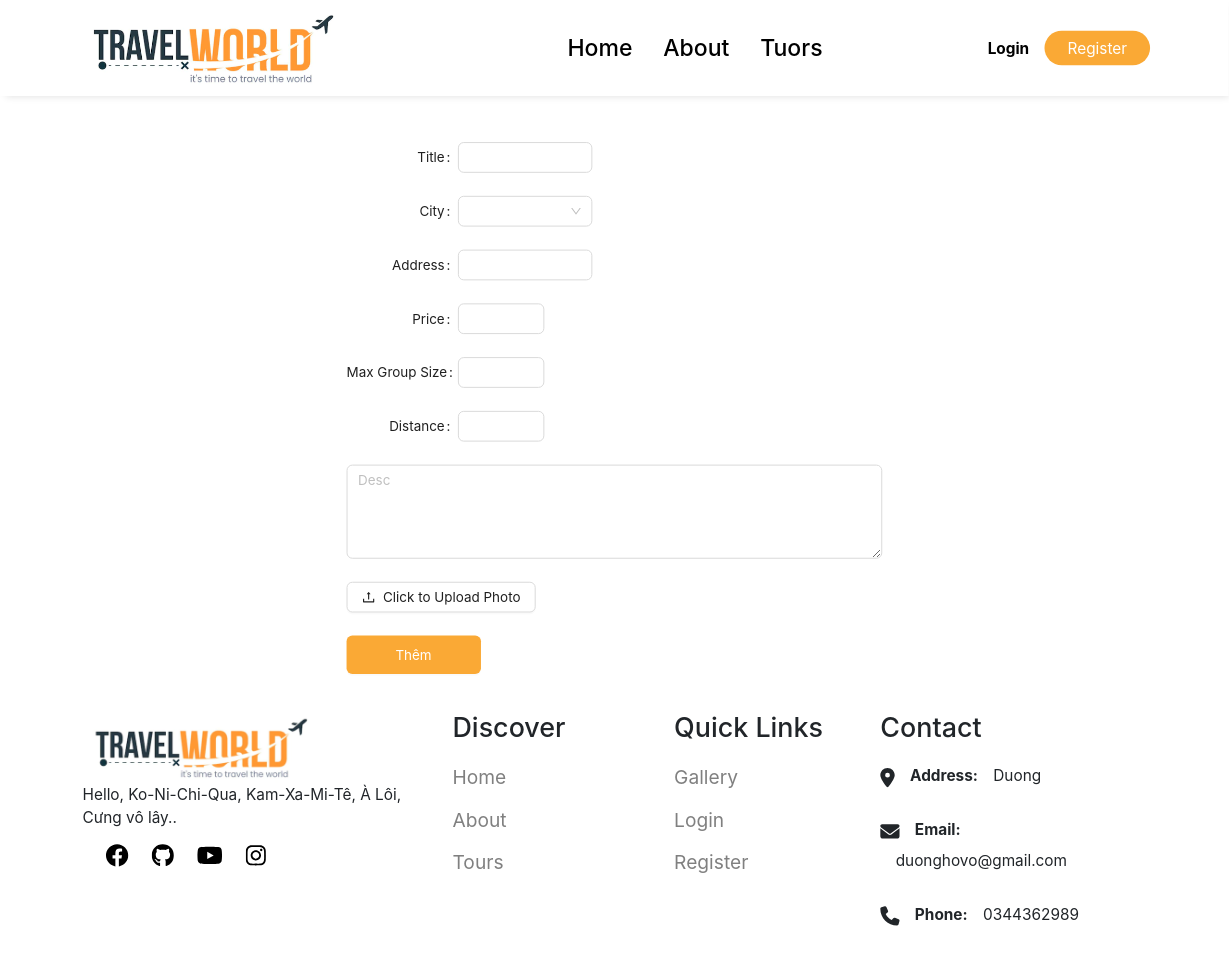
Repository: NguyenHuu001/dulich
Page: /addTour
An editor plug-in stored every save of this project. The page is shown before and after the next save, followed by the edit.
The browser window is 1280 px wide. The pictures show the whole page, at 96% of full size.
The project was rebuilt for these pictures with package versions that can differ from the ones it lists, and the page was loaded fresh each time. Also part of the build but not shown: src/pages/Home/data.js, src/pages/Home/index.js, src/pages/About/index.js, src/pages/Tours/ChiTietTour.js, src/pages/Tours/index.js, src/pages/Login/index.js, src/pages/Register/index.js, src/pages/Cart/index.js and 1 more. Imported but missing from the stored project, and not drawn on this page: src/assets/audio/video1.mp4.

Above is the page before, as saved 2023-08-14 20:16:38.

### public/index.html
<!DOCTYPE html>
<html lang="en">
    <head>
        <meta charset="utf-8" />
        <link rel="icon" href="%PUBLIC_URL%/favicon.ico" />
        <link href="https://cdn.jsdelivr.net/npm/bootstrap@5.3.0/dist/css/bootstrap.min.css" rel="stylesheet" />
        <script src="https://cdn.jsdelivr.net/npm/bootstrap@5.3.0/dist/js/bootstrap.bundle.min.js"></script>
        <meta name="viewport" content="width=device-width, initial-scale=1" />
        <meta name="theme-color" content="#000000" />
        <meta name="description" content="Web site created using create-react-app" />
        <link rel="apple-touch-icon" href="%PUBLIC_URL%/logo192.png" />
        <!--
      manifest.json provides metadata used when your web app is installed on a
      user's mobile device or desktop. See https://developers.google.com/web/fundamentals/web-app-manifest/
    -->
        <link rel="manifest" href="%PUBLIC_URL%/manifest.json" />
        <!--
      Notice the use of %PUBLIC_URL% in the tags above.
      It will be replaced with the URL of the `public` folder during the build.
      Only files inside the `public` folder can be referenced from the HTML.

      Unlike "/favicon.ico" or "favicon.ico", "%PUBLIC_URL%/favicon.ico" will
      work correctly both with client-side routing and a non-root public URL.
      Learn how to configure a non-root public URL by running `npm run build`.
    -->
        <title>React App</title>
    </head>
    <body>
        <noscript>You need to enable JavaScript to run this app.</noscript>
        <div id="root"></div>
        <!--
      This HTML file is a template.
      If you open it directly in the browser, you will see an empty page.

      You can add webfonts, meta tags, or analytics to this file.
      The build step will place the bundled scripts into the <body> tag.

      To begin the development, run `npm start` or `yarn start`.
      To create a production bundle, use `npm run build` or `yarn build`.
    --></body>
</html>

### src/index.js
import React from 'react';
import ReactDOM from 'react-dom/client';
import '../src/styles/global.scss';
import App from './App';
import reportWebVitals from './reportWebVitals';

const root = ReactDOM.createRoot(document.getElementById('root'));
root.render(
  <React.StrictMode>
    <App />
  </React.StrictMode>
);

// If you want to start measuring performance in your app, pass a function
// to log results (for example: reportWebVitals(console.log))
// or send to an analytics endpoint. Learn more: https://bit.ly/CRA-vitals
reportWebVitals();

### src/styles/global.scss
body {
    margin: 0;
    font-family: -apple-system, BlinkMacSystemFont, 'Segoe UI', 'Roboto', 'Oxygen', 'Ubuntu', 'Cantarell', 'Fira Sans',
        'Droid Sans', 'Helvetica Neue', sans-serif;
    -webkit-font-smoothing: antialiased;
    -moz-osx-font-smoothing: grayscale;
}

code {
    font-family: source-code-pro, Menlo, Monaco, Consolas, 'Courier New', monospace;
}
*,
*:before,
*:after {
    box-sizing: border-box;
}
* {
    margin: 0;
    padding: 0;
    font: inherit;
}
img,
picture,
svg,
video {
    display: block;
    max-width: 100%;
}
input,
select,
textarea {
    background-color: transparent;
    outline: none;
}
button {
    cursor: pointer;
    background-color: transparent;
    outline: none;
    border: 0;
}
body {
    min-height: 100vh;
    font-weight: 400;
    font-size: 16px;
    line-height: 1;
}

.App{
    position: relative;
}

### src/App.js
import { BrowserRouter as Router, Route, Routes } from 'react-router-dom';
import { publicRoutes } from './routes';
import Layout from './Layouts';
function App() {
    return (
        <Router>
            <div className="App">
                <Routes>
                    {publicRoutes.map((route, index) => {
                        const Page = route.component;
                        return (
                            <Route
                                key={index}
                                path={route.path}
                                element={
                                    <Layout>
                                        <Page />
                                    </Layout>
                                }
                            />
                        );
                    })}
                </Routes>
            </div>
        </Router>
    );
}

export default App;

### src/routes/index.js
import Home from '../pages/Home';
import About from '../pages/About';
import Tours from '../pages/Tours';
import Login from '../pages/Login';
import Register from '../pages/Register';
import Cart from '../pages/Cart';
import ADETour from '../pages/AddTour';
import EditTour from '../pages/EditTour';
const publicRoutes = [
    { path: '/home', component: Home },
    { path: '/about', component: About },
    { path: '/tours', component: Tours },
    { path: '/login', component: Login },
    { path: '/register', component: Register },
    { path: '/cart', component: Cart },
    { path: '/addTour', component: ADETour },
    { path: '/editTour', component: EditTour },
];
const privateRoutes = [];

export { publicRoutes, privateRoutes };

### src/Layouts/index.js
import Footer from './Footer';
import Header from './Header';
import Navigation from './Navigation';
function Layouts({ children }) {
    return (
        <>
            <Navigation />
            <Header />
            <div>
                <div className="content">{children}</div>
            </div>
            <Footer />
        </>
    );
}

export default Layouts;

### src/pages/AddTour/index.js
import React, { useEffect, useState } from 'react';
import { Button, Form, Input, InputNumber, Select, Upload, notification } from 'antd';
import { UploadOutlined } from '@ant-design/icons';
import { CreateItemTour } from '../../services/Tour_services';
import { animateScroll as Scroll } from 'react-scroll';
import './AddTour.scss';
import TextArea from 'antd/es/input/TextArea';

function AddTour() {
    const token = localStorage.getItem('token');
    const [title, setTitle] = useState('');
    const [city, setCity] = useState('');
    const [address, setAddress] = useState('');
    const [price, setPrice] = useState();
    const [maxGroupSize, setMaxGroupSize] = useState();
    const [distance, setDistance] = useState();
    const [desc, setDesc] = useState('');
    const [photo, setPhoto] = useState('');
    useEffect(() => {
        Scroll.scrollToTop();
    }, []);
    useEffect(() => {}, [title]);
    const AddTour = async () => {
        // console.log(title, city, address, distance, price, maxGroupSize, desc, photo);
        if (title && city && address && price && maxGroupSize && distance && desc && photo) {
            const tourData = {
                title: title,
                city: city,
                address: address,
                distance: distance,
                desc: desc,
                price: price,
                maxGroupSize: maxGroupSize,
                photo: 'http://s120.avatar.talk.zdn.vn/8/e/1/2/3/120/f691b5f9502d0cebbab0a6799a5837b1.jpg',
                featured: true,
            };
            try {
                const response = await CreateItemTour(tourData, { token });
            } catch (err) {
                notification.open({
                    type: 'error',
                    message: 'Thông Báo Lỗi',
                    description: 'Không truyền được',
                    duration: 2,
                });
            }
        } else {
            notification.open({
                type: 'error',
                message: 'Thông Báo Lỗi',
                description: 'Vui lòng nhập đủ thông tin',
                duration: 2,
            });
        }
    };
    return (
        <div className="container d-flex justify-content-center mt-5">
            <Form
                labelCol={{
                    span: 5,
                }}
                wrapperCol={{
                    span: 6,
                }}
                className="col-md-6"
                style={{
                    maxWidth: 600,
                }}
            >
                <Form.Item label="Title">
                    <Input onChange={(e) => setTitle(e.target.value)} />
                </Form.Item>
                <Form.Item label="City">
                    <Select
                        onChange={(e) => {
                            setCity(e);
                        }}
                    >
                        <Select.Option value="Viet Nam">Viet Nam</Select.Option>
                        <Select.Option value="Bali">Bali</Select.Option>
                        <Select.Option value="Tokyo">Tokyo</Select.Option>
                        <Select.Option value="LonDon">LonDon</Select.Option>
                        <Select.Option value="Paris">Paris</Select.Option>
                    </Select>
                </Form.Item>
                <Form.Item label="Address">
                    <Input onChange={(e) => setAddress(e.target.value)} />
                </Form.Item>
                <Form.Item label="Price">
                    <InputNumber
                        onChange={(value) => {
                            setPrice(value);
                        }}
                    />
                </Form.Item>
                <Form.Item label="Max Group Size">
                    <InputNumber
                        onChange={(value) => {
                            setMaxGroupSize(value);
                        }}
                    />
                </Form.Item>
                <Form.Item label="Distance">
                    <InputNumber
                        onChange={(value) => {
                            setDistance(value);
                        }}
                    />
                </Form.Item>
                <TextArea
                    rows={4}
                    placeholder="Desc"
                    maxLength={1000000}
                    onChange={(e) => {
                        setDesc(e.target.value);
                    }}
                />
                <div className="mt-4">
                    <Upload
                        onChange={(e) => {
                            setPhoto(e.file);
                        }}
                        multiple
                    >
                        <Button icon={<UploadOutlined />}>Click to Upload Photo</Button>
                    </Upload>
                </div>
                <div className="mt-4">
                    <Form.Item>
                        <Button
                            className="btn_them d-flex justify-content-center align-items-center"
                            style={{ width: '100%' }}
                            onClick={AddTour}
                        >
                            Thêm
                        </Button>
                    </Form.Item>
                </div>
            </Form>
        </div>
    );
}

export default AddTour;

### src/Layouts/Navigation/index.js
import React, { useState, useEffect } from 'react';
import eventBus from '../EventsLayout';
import './Navigation.scss';
import { CloseOutlined } from '@ant-design/icons';
function Navigation() {
    const [isDisplayed, setIsDisplayed] = useState(false);
    useEffect(() => {
        eventBus.on('showSecondComponent', (isVisible) => {
            setIsDisplayed(isVisible);
        });

        return () => {
            eventBus.off('showSecondComponent');
        };
    }, []);
    const handleClose = () => {
        setIsDisplayed(false);
    };
    return (
        <div className="navi" style={{ display: isDisplayed ? 'block' : 'none' }}>
            <div className="navigation">
                <CloseOutlined className="close" onClick={handleClose} />
                <div className="content_nav">
                    <h2>Home</h2>
                    <h2>About</h2>
                    <h2>Tours</h2>
                </div>
            </div>
        </div>
    );
}

export default Navigation;

### src/services/Tour_services.js
import { set } from 'mongoose';
import { instance } from './axios';
import axios from 'axios';
const fetchTours = (page) => {
    return instance.get(`/api/v1/tours?page=${page}`);
};
const fetchItemTour = (ID) => {
    if (ID) {
        return instance.get(`/api/v1/tours/${ID}`);
    } else {
        console.log('Khong co id');
    }
};
const CreateItemTour = (tourData, { token }) => {
    return instance.post('/api/v1/tours', JSON.stringify(tourData), JSON.stringify({ token }));
};
const fetchFeaturedTour = () => {
    return instance.get('/api/v1/tours/search/getFeaturedTour');
};
const fetchLogin = (email, password) => {
    return instance.post('/api/v1/auth/login', { email, password });
};

const fetchRegister = (username, email, password) => {
    return instance.post('/api/v1/auth/register', username, email, password);
};
const fetchSearchTour = (city, distance, maxGS) => {
    if (city || distance || maxGS) {
        if (!distance && !maxGS) {
            distance = 1;
            maxGS = 1;
        }
        return instance.get(
            `/api/v1/tours/search/getTourBySearch/?city=${city}&distance=${distance}&maxGroupSize=${maxGS}`,
        );
    }
};
export { fetchTours, fetchItemTour, fetchLogin, fetchSearchTour, fetchRegister, fetchFeaturedTour, CreateItemTour };

### src/pages/Home/Home.scss
:root {
    --color-chudao: #faa935;
    --color-text: #fff;
    --subtitle-font-name: 'Island Moments', cursive;
}

.title_top_content {
    background-color: var(--color-chudao);
    border-radius: 20px;
    padding: 10px 20px;
    font-family: var(--subtitle-font-name);
}
.img_earth {
    width: 36px;
    height: 36px;
}
.title_higtlight {
    color: var(--color-chudao);
}
.btn_register_1 {
    background-color: var(--color-chudao);
    color: var(--color-text);
    border-radius: 30px;
    padding: 10px 20px;
}
.img1 {
    height: 350px;
    img {
        box-sizing: border-box;
        height: 100%;
        object-fit: cover;
        border-radius: 20px;
        border: 1px solid var(--color-chudao);
    }
}
.video1 {
    height: 350px;
    margin-top: 30px;
    video {
        box-sizing: border-box;
        height: 100%;
        object-fit: cover;
        border-radius: 20px;
        border: 1px solid var(--color-chudao);
    }
}

.icon {
    width: 30px;
    height: 30px;
    color: #ee6e6e;
}
.chieudai {
    width: 220px;
}
.border_right {
    border-right: 1px solid grey;
}
.input_where {
    outline: none;
    border: none;
}
.icon_search {
    background-color: var(--color-chudao);
    color: var(--color-text);
    width: 30px;
    height: 30px;
    border-radius: 10px 5px;
    &:hover {
        cursor: pointer;
    }
}
.border_items {
    border-radius: 0 0 10px 0;
    border-bottom: 1px solid var(--color-chudao);
    border-right: 1px solid var(--color-chudao);
}
.icon_center {
    width: 40px;
    height: 40px;
    color: var(--color-text);
}
.wrap_icon {
    width: 60px;
    border-radius: 50%;
    background-color: var(--color-chudao);
    height: auto;
    border: 1px solid var(--color-chudao);
}

.experience {
    display: flex;
    justify-content: center;
    align-items: center;
    color: var(--color-text);
    width: 70px;
    height: 70px;
    border-radius: 15px 10px;
    background-color: rgb(255, 126, 1);
}
// --------------------------------
.gallery_img > img:hover {
    transform: scale(1.1);
    transition: transform 0.5s ease;
}
.gallery_img {
    padding: 10px;
}
.gallery_img > img {
    border-radius: 10px;
}

### src/pages/Tours/Tours.scss
:root {
    --color-chudao: #faa935;
    --color-text: #fff;
    --subtitle-font-name: 'Island Moments', cursive;
}
.wrap_background {
    height: 400px;
}
.background {
    position: relative;
    background-image: url('../../assets/images/background.png');
    width: 100%;
    height: 100%;
    object-fit: cover;
    background-size: cover;
    background-position: center;
    background-repeat: no-repeat;

    &::before {
        content: '';
        position: absolute;
        width: 100%;
        height: 100%;
        left: 0;
        top: 0;
        background-color: rgba(0, 0, 0, 0.45);
    }

    .content_background {
        position: absolute;
        color: #fff;
        z-index: 10;
        font-size: 50px;
    }
}
.Search_where {
    position: relative;
}
.icon_card {
    color: var(--color-chudao);
}
.btn_book {
    padding: 10px;
    border-radius: 10px 0px;
    border: 1px solid var(--color-chudao);
    background-color: var(--color-chudao);

    &:hover {
        transition: all 0.3s linear;
        color: #fff;
        transform: scale(1.1);
        border: 1px solid var(--color-chudao);
        background-color: var(--color-chudao);
    }
}

.wrap_img {
    position: relative;
}
.featured {
    position: absolute;
    right: 0;
    color: var(--color-text);
    background-color: #ff7e01;
    padding: 10px;
    bottom: 0px;
}
///--------------//////////
// .chiTietTour_none{
//     display: block;
// }
// .None_Item {
//     display: block;
// }
///-///////////////
.olwe {
    overflow: hidden;
    text-overflow: ellipsis;
    white-space: nowrap;
}
// ----------------
.book_fixed {
    position: sticky;
    top: 100px;
}
.wrap_chitiettour > img {
    border-radius: 10px;
}

.wrap_info {
    border: 1px solid var(--color-chudao);
    border-radius: 10px;
}
.icon_rating_hv:hover {
    cursor: pointer;
}
.input_review {
    border: 1px solid var(--color-chudao);
    border-radius: 30px;
}
.wrap_input_review {
    position: relative;
    .btn_submit {
        position: absolute;
        background-color: var(--color-chudao);
        color: #fff;
        border-radius: 30px;
        right: 5px;
    }
}
.wrap_rating_content {
    width: 100%;
}
.ntn_bookNow {
    color: var(--color-text);
    background-color: var(--color-chudao);
    padding: 10px;
    border-radius: 30px;
    &:hover {
        transform: scale(1.1);
        transition: all 0.4s linear;
    }
}
.add_tour {
    color: green;
    &:hover {
        opacity: 0.7;
        cursor: pointer;
    }
}
.delete_tour {
    color: red;
    &:hover {
        opacity: 0.7;
        cursor: pointer;
    }
}
.Edit_tour {
    color: var(--color-chudao);
    &:hover {
        opacity: 0.7;
        cursor: pointer;
    }
}

### src/pages/Login/Login.scss
:root {
    --color-chudao: #faa935;
    --color-text: #fff;
    --subtitle-font-name: 'Island Moments', cursive;
}
.bg-login {
    background-color: var(--color-chudao);
    position: relative;
}
.avatar_login {
    position: relative;
    top: -40px;
}
.title_login {
    position: relative;
    top: -30px;
    font-weight: 600;
    color: var(--color-text);
    margin-bottom: 0;
}
.cdk {
    color: var(--color-text);
}
.ant-message-error {
    position: relative;
    z-index: 9999;
    left: 0;
    /* Thêm các thuộc tính CSS khác mà bạn muốn thay đổi cho thông báo lỗi ở đây */
}

### src/pages/Cart/Carts.scss
:root {
    --color-chudao: #faa935;
    --color-text: #fff;
}
.btn-delete{
    padding: 10px 40px;
    border-radius: 30px;
    background-color: red ;
    color: var(--color-text);

    &:hover{
        transform: scale(1.1);
        transition: transform 0.3s linear;
    }
}

### src/pages/AddTour/AddTour.scss
:root {
    --color-chudao: #faa935;
    --color-text: #fff;
    --subtitle-font-name: 'Island Moments', cursive;
}
.from-bg {
    background-color: #fff;
}
.btn_them > span {
    color: var(--color-text);
}
.btn_them {
    border: var(--color-chudao);
    background-color: var(--color-chudao);
    padding: 20px;
}

### src/pages/EditTour/EditTour.scss
:root {
    --color-chudao: #faa935;
    --color-text: #fff;
    --subtitle-font-name: 'Island Moments', cursive;
}
.from-bg {
    background-color: #fff;
}
.btn_them > span {
    color: var(--color-text);
}
.btn_them {
    border: var(--color-chudao);
    background-color: var(--color-chudao);
    padding: 20px;
}

### src/Layouts/EventsLayout/index.js
import EventEmitter from 'eventemitter3';

const eventBus = new EventEmitter();

export default eventBus;

### src/Layouts/Header/Header.scss
:root {
    --color-chudao: #faa935;
    --color-text: #fff;
}
.link_page {
    text-decoration: none;
    color: black;
}
.link_page:active,
.link_page:focus,
.link_page:hover {
    color: var(--color-chudao);
}
.header {
    position: sticky;
    z-index: 999;
    top: 0;
    height: 100px;
    box-shadow: 3px 3px 8px -3px #ddd;
    background-color: var(--color-text);
}
.header_in {
    height: 100%;
}
.wrap_header {
    height: 100%;
}
.logo {
    height: 100%;
}
.set_fw {
    font-weight: 500;
}
.btn_register {
    background-color: var(--color-chudao);
    border-color: var(--color-chudao);
    border-radius: 20px;
    margin-bottom: 10px;
    margin-top: 10px;
}
.icon_menu {
    display: none;
}
.cart_tour {
    color: var(--color-chudao);
}
.wrap_cart {
    position: relative;
    .total_tour {
        position: absolute;
        top: -10px;
    }

    &:hover {
        cursor: pointer;
    }
}
@media screen and (max-width: 980px) {
    .icon_menu {
        display: block;
    }
    .item_none {
        display: none;
    }
}
@media screen and (max-width: 300px) {
    .register_login {
        display: none;
    }
}
@media screen and (max-width: 440px) {
    .btn_register {
        margin-top: 10px;
    }
}
.username > h6 {
    overflow: hidden;
    text-overflow: ellipsis;
    white-space: nowrap;
}

### src/Layouts/Navigation/Navigation.scss
:root {
    --color-chudao: #faa935;
    --color-text: #fff;
}
.navi {
    display: none;
    position: absolute;
    top: 0;
    left: 0;
    width: 100%;
    height: 100%;
    z-index: 99999;
    background-color: rgba(153,153,153,0.5);
}
.navigation{
    position: fixed;
    background-color: #fff;
    width: 300px;
    height: 100%;
    right: 0;
}
.content_nav{
    position: absolute;
    top: 50%;
    left: 50%;
}
.close{
    position: absolute;
    right: 20px;
    top: 20px;
}
.content_nav > h2:hover{
    cursor: pointer;
    color: var(--color-chudao);
    transition: all 0.3s linear;
}

### src/services/axios.js
import axios from 'axios';

export const instance = axios.create({
    baseURL: 'http://localhost:4000',
});
// Add a response interceptor
instance.interceptors.response.use(
    function (response) {
        // Any status code that lie within the range of 2xx cause this function to trigger
        // Do something with response data
        return response.data;
    },
    function (error) {
        // Any status codes that falls outside the range of 2xx cause this function to trigger
        // Do something with response error
        return Promise.reject(error);
    },
);

Loaded but not shown: src/reportWebVitals.js (common file); src/Layouts/Footer/index.js (74 lines, source omitted); src/Layouts/Header/index.js (134 lines, source omitted); src/Layouts/Footer/Footer.scss (no stored copy; drawn as an empty file)

After the next save:
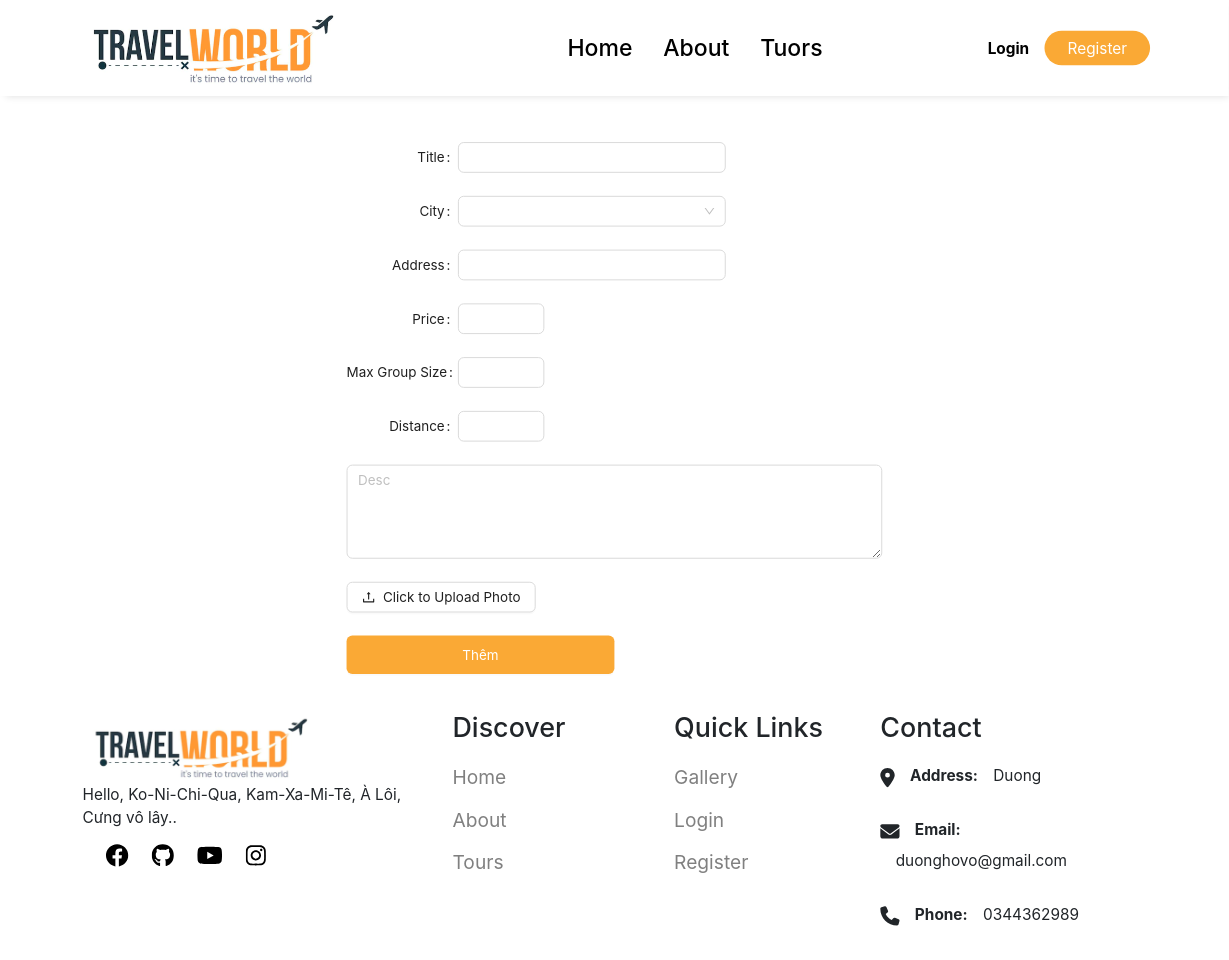
Saved 7 s later.
--- a/src/pages/AddTour/index.js
+++ b/src/pages/AddTour/index.js
@@ -60,7 +60,7 @@ function AddTour() {
                     span: 5,
                 }}
                 wrapperCol={{
-                    span: 6,
+                    span: 12,
                 }}
                 className="col-md-6"
                 style={{
